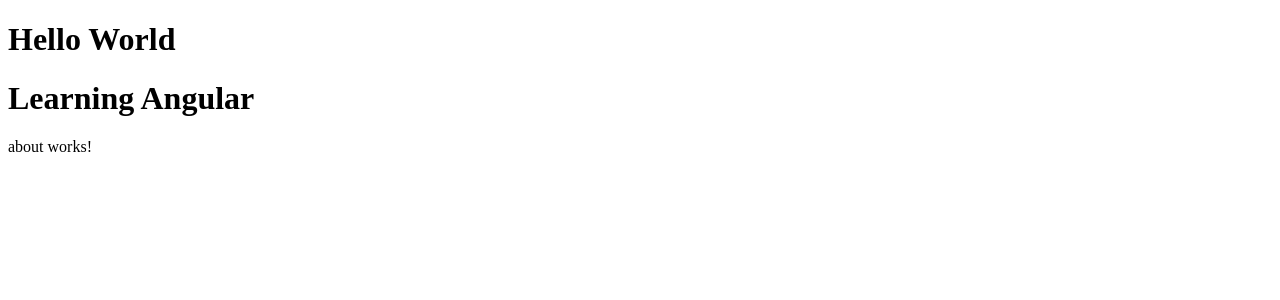
Repository: PhamTrungNguyen/Angular12
Page: / (app in Angular/)
These files come from the project's save history. The page is drawn as it stood at one moment and after the next save; the edit follows.
The browser window is 1280 px wide. The pictures show the whole page.
The project was rebuilt for these pictures with package versions that can differ from the ones it lists, and the page was loaded fresh each time. Also part of the build but not shown: Angular/angular.json, Angular/src/app/home/home.component.ts.

Above is the page before, as saved 2022-12-31 22:27:34.

### Angular/src/app/app.module.ts
import { NgModule } from '@angular/core';
import { BrowserModule } from '@angular/platform-browser';

import { AppRoutingModule } from './app-routing.module';
import { AppComponent } from './app.component';
import { HomeComponent } from './home/home.component';
import { AboutComponent } from './about/about.component';
import { FormsModule } from '@angular/forms';
@NgModule({
  declarations: [AppComponent, HomeComponent, AboutComponent],
  imports: [BrowserModule, AppRoutingModule, FormsModule],
  providers: [],
  bootstrap: [AppComponent],
})
export class AppModule {}

### Angular/src/app/about/about.component.ts
import { Component } from '@angular/core';

@Component({
  selector: 'app-about',
  templateUrl: './about.component.html',
  styleUrls: ['./about.component.scss'],
})
export class AboutComponent {
  public fruit = [];

  public ngOnInit(): void {
    console.log('Fruit', this.fruit);
  }
}

### Angular/src/app/app.component.html
<h1>Hello World</h1>
<h1>Learning Angular</h1>
<!-- <app-home></app-home> -->
<app-about></app-about>

### Angular/src/app/about/about.component.html
<p>about works!</p>
<div *ngFor="let item of fruit">
    <li>{{ item }}</li>
</div>

Loaded but not shown: Angular/src/index.html (common file); Angular/src/styles.scss (common file); Angular/src/main.ts (common file); Angular/src/app/app-routing.module.ts (common file); Angular/src/app/app.component.ts (common file); Angular/src/app/app.component.scss (no stored copy; drawn as an empty file); Angular/src/app/about/about.component.scss (no stored copy; drawn as an empty file)

After the next save:
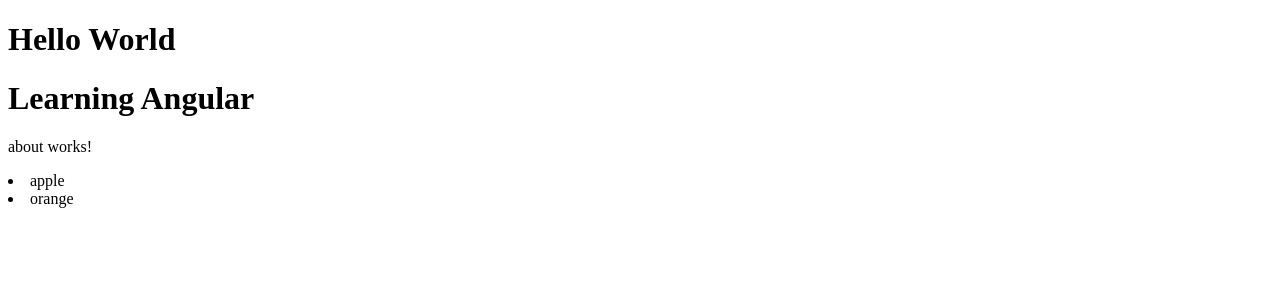
Saved 21 s later.
--- a/Angular/src/app/about/about.component.ts
+++ b/Angular/src/app/about/about.component.ts
@@ -6,7 +6,7 @@
   styleUrls: ['./about.component.scss'],
 })
 export class AboutComponent {
-  public fruit = [];
+  public fruit = ['apple', 'orange'];
 
   public ngOnInit(): void {
     console.log('Fruit', this.fruit);
